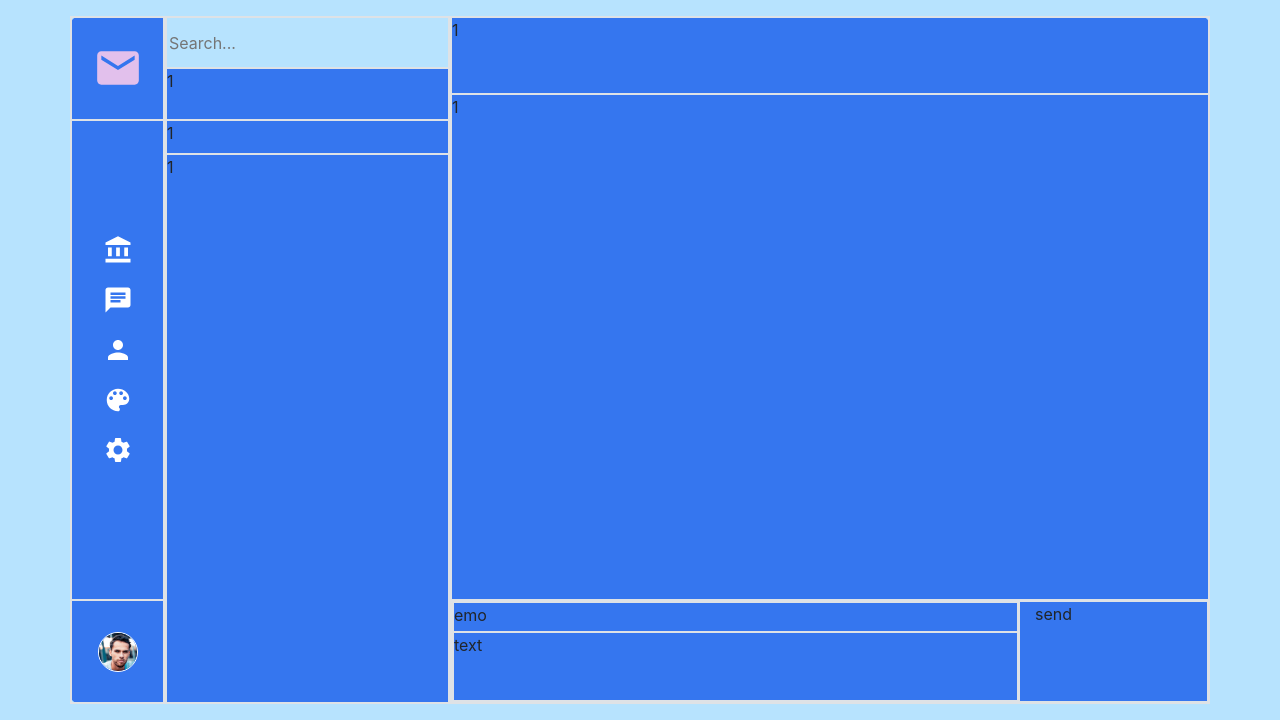
Repository: arafat877/super-chat
Page: /
An editor plug-in stored every save of this project. The page is shown before and after the next save, followed by the edit.
The browser window is 1280 px wide. The pictures show the whole page.
The project was rebuilt for these pictures with package versions that can differ from the ones it lists, and the page was loaded fresh each time.

Above is the page before, as saved 2020-08-06 22:45:16.

After the next save:
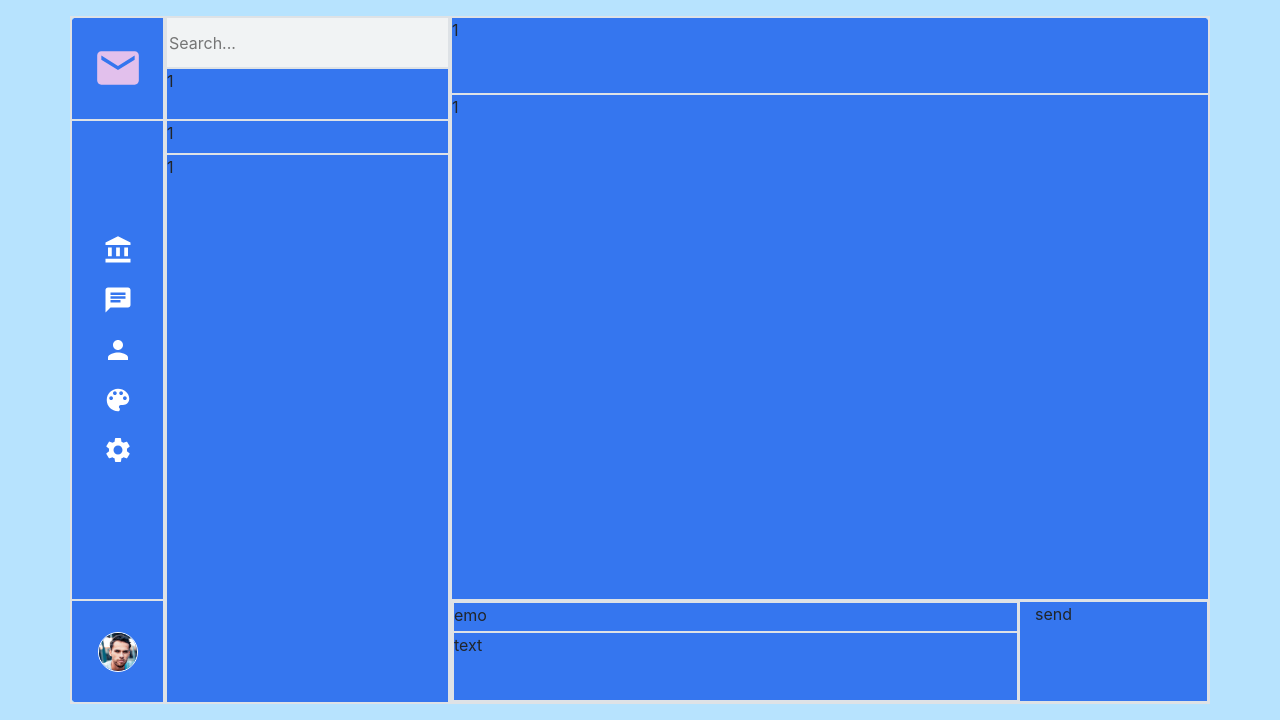
Saved 16 s later.
--- a/src/App.scss
+++ b/src/App.scss
@@ -52,7 +52,7 @@
 
             width: 100%;
             border: none;
-            background-color: #b7e3fe;
+            background-color: #f1f3f4;
 
             &:focus{
                 outline: none;
